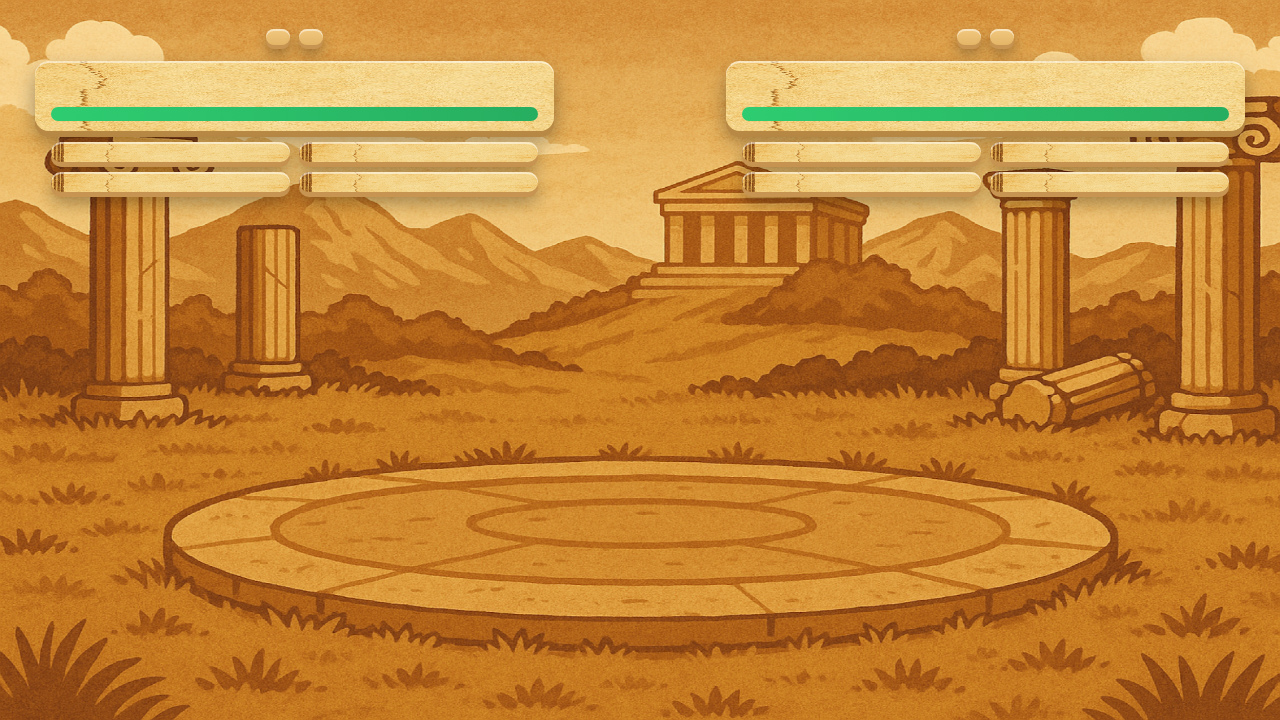
Repository: brianabariteau/Web-1-Final-Project-2025
Page: features/game/game.html
An editor plug-in stored every save of this project. The page is shown before and after the next save, followed by the edit.
The browser window is 1280 px wide. The pictures show the whole page.
Some web fonts or font styles are not loaded; a fallback is used.

Above is the page before, as saved 2025-12-23 19:05:25.

After the next save:
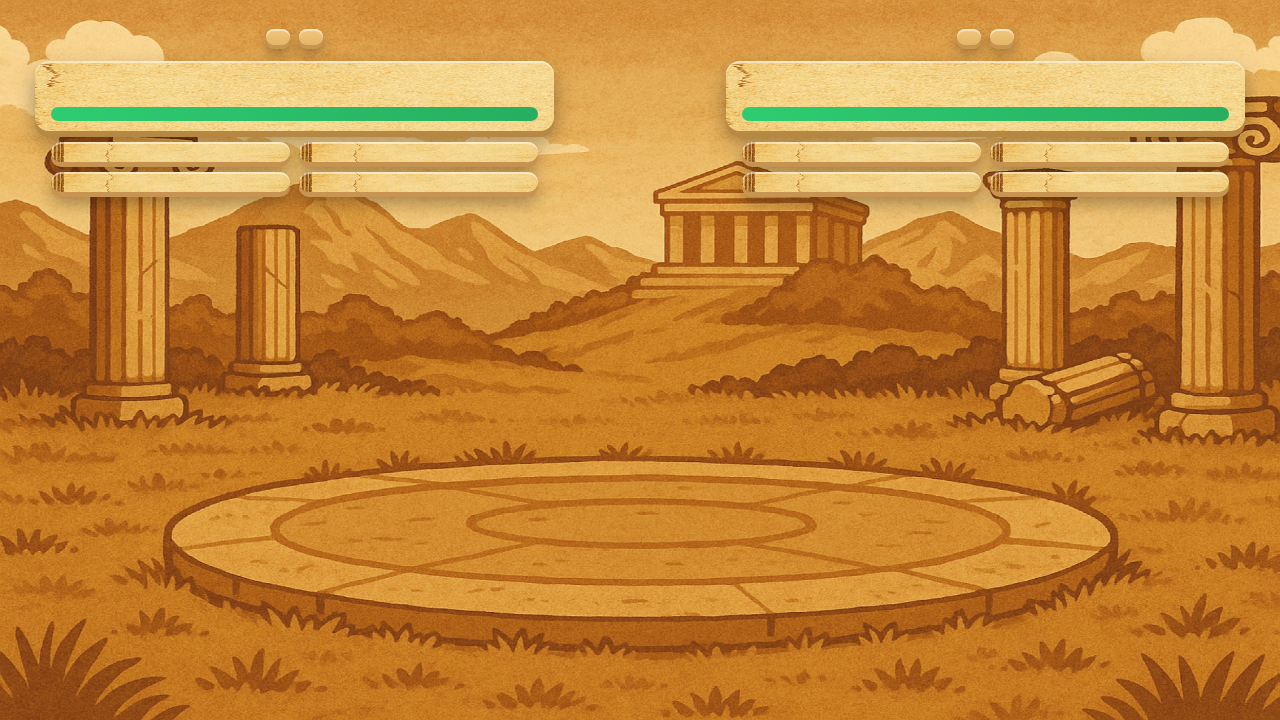
Saved 5 s later.
--- a/features/game/game.css
+++ b/features/game/game.css
@@ -88,7 +88,7 @@ body {
   letter-spacing: 2px;
 
   background-image: url("../character-selection/assets/parchment-background.png");
-  background-size: 200% 200%;
+  background-size: 250% 250%;
   background-repeat: no-repeat;
   background-position: center;
 }
